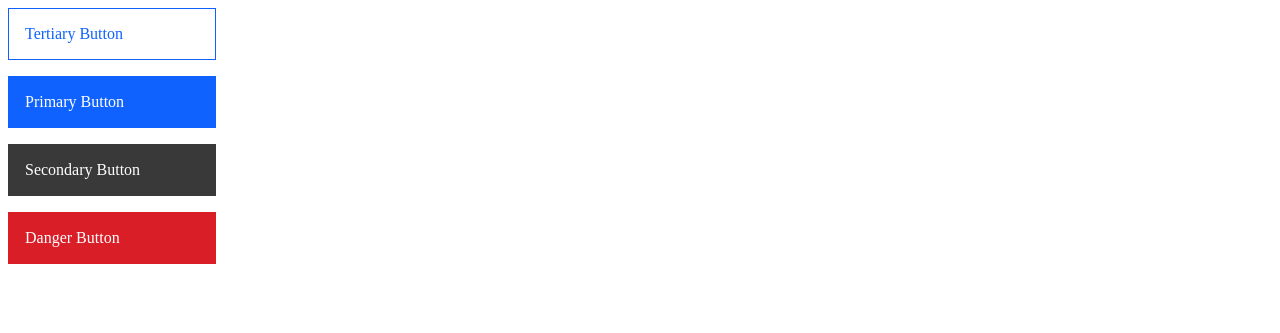
Repository: prav10194/ibm-carbon-components-vanilla
Page: buttons/index.html
An editor plug-in stored every save of this project. The page is shown before and after the next save, followed by the edit.
The browser window is 1280 px wide. The pictures show the whole page.
Some web fonts or font styles are not loaded; a fallback is used.

Above is the page before, as saved 2020-11-12 19:48:45.

### buttons/index.html
<!DOCTYPE html>
<html lang="en">
<head>
    <meta charset="UTF-8">
    <meta name="viewport" content="width=device-width, initial-scale=1.0">
    <link rel="shortcut icon" href="./assets/ibm--cloud.svg" />
    <link rel="stylesheet" href="./node_modules/@ibm/plex/css/ibm-plex-sans-kr.css">
    <link rel="stylesheet" href="./node_modules/@ibm/plex/css/ibm-plex.css">
    <link rel="stylesheet" href="./index.css">
    <title>Button examples</title>
</head>
<style>
    .buttondiv > *:not(:first-child) {
        margin-top: 1rem;
    }
</style>
<body>
    <div class="buttondiv" style="display: flex; flex-direction: column;">
        <div class="tertiary-button">Tertiary Button</div>
        <div class="primary-button">Primary Button</div>
        <div class="secondary-button">Secondary Button</div>
        <div class="danger-button">Danger Button</div>
    </div>
</body>
</html>

### buttons/index.css
.tertiary-button {
    font-size: 1rem;
    border: 1px solid #0f62fe;
    color: #0f62fe;
    padding: 1rem 4rem 1rem 1rem;
    width: 10%;
    font-family: IBM Plex Sans;
}

.tertiary-button:hover {
    background-color: #0f62fe;
    color: white;
    cursor: pointer;
}

.primary-button {
    font-size: 1rem;
    border: 1px solid #0f62fe;
    background-color: #0f62fe;
    color: white;
    padding: 1rem 4rem 1rem 1rem;
    width: 10%;
    font-family: IBM Plex Sans;
}

.primary-button:hover {
    /* background-color: #0f62fe; */
    /* color: white; */
    background-color: #0d58e4;
    cursor: pointer;
}

.secondary-button {
    font-size: 1rem;
    border: 1px solid #393939;
    background-color: #393939;
    color: white;
    padding: 1rem 4rem 1rem 1rem;
    width: 10%;
    font-family: IBM Plex Sans;
}

.secondary-button:hover {
    background-color: #4c4c4c;
    cursor: pointer;
}

.danger-button {
    font-size: 1rem;
    border: 1px solid #da1e28;
    background-color: #da1e28;
    color: white;
    padding: 1rem 4rem 1rem 1rem;
    width: 10%;
    font-family: IBM Plex Sans;
}

.danger-button:hover {
    background-color: #c41b24;
    cursor: pointer;
}

Loaded but not shown: fonts/node_modules/@ibm/plex/css/ibm-plex-sans-kr.css (library); fonts/node_modules/@ibm/plex/css/ibm-plex.css (library)

After the next save:
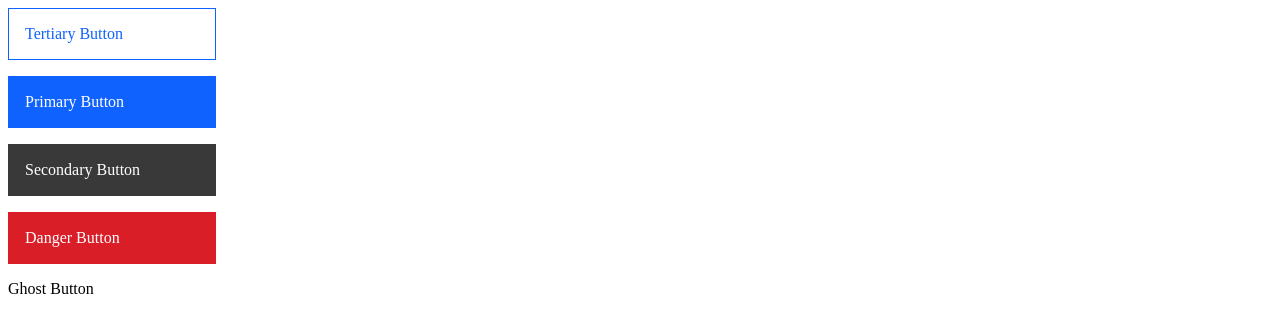
Saved 37 s later.
--- a/buttons/index.html
+++ b/buttons/index.html
@@ -20,6 +20,7 @@
         <div class="primary-button">Primary Button</div>
         <div class="secondary-button">Secondary Button</div>
         <div class="danger-button">Danger Button</div>
+        <div class="ghost-button">Ghost Button</div>
     </div>
 </body>
 </html>
